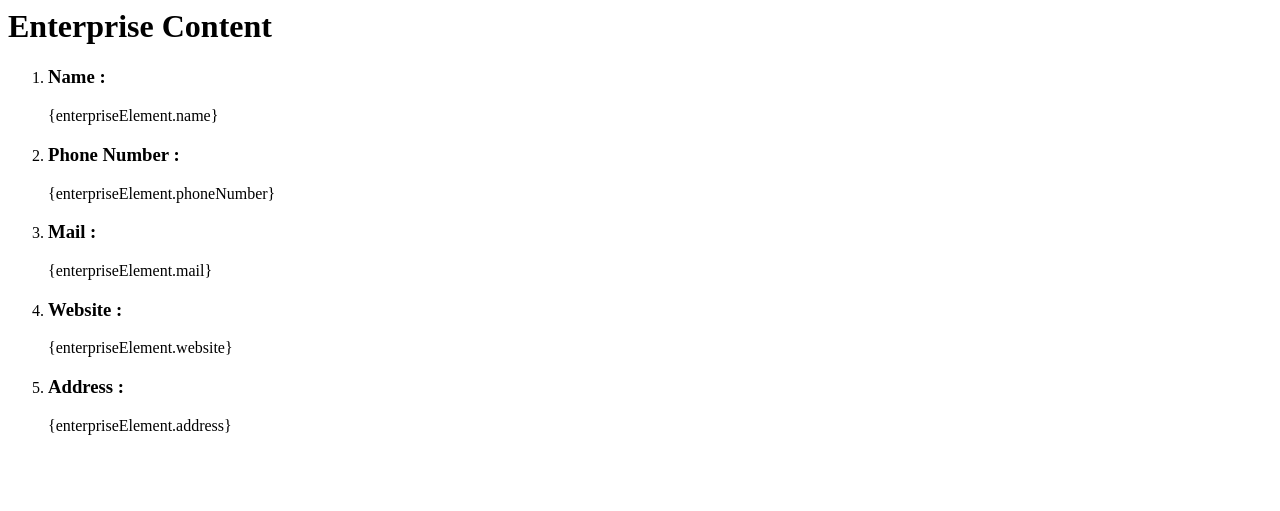
Repository: afif-dhaw/extension-builder
Page: extensions/formation/Resources/Private/Templates/Content/Enterprise.html
The author's editor kept a copy of each file at every save. The page is drawn from the files as they stood at one save, then again after a run of saves.
The browser window is 1280 px wide. The pictures show the whole page.

Above is the page before, as saved 2023-03-27 12:04:51.

After the next 6 saves:
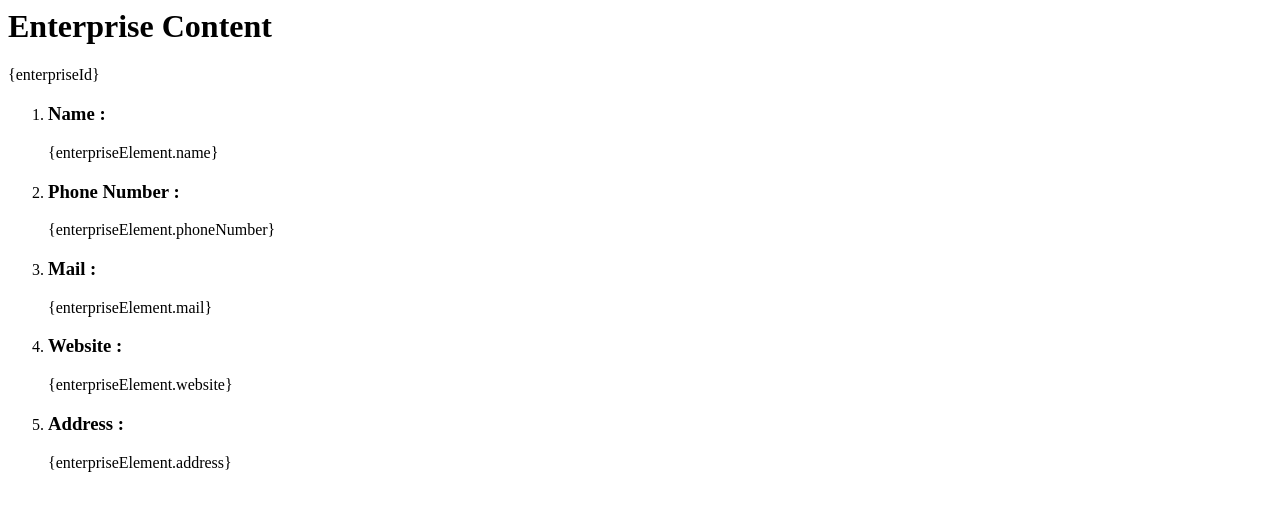
The 6 saves are shown as one change because they came seconds apart.
The last was saved 16 s later.
--- a/extensions/formation/Resources/Private/Templates/Content/Enterprise.html
+++ b/extensions/formation/Resources/Private/Templates/Content/Enterprise.html
@@ -15,7 +15,7 @@
 </f:section>
 
 <f:section name="Main">
-
+  <f:debug>{enterpriseId}</f:debug>
   <f:variable name="entrId" value="{p:enterprise(enterpriseId: enterpriseId)}"></f:variable>
   <ol>
     <li>
